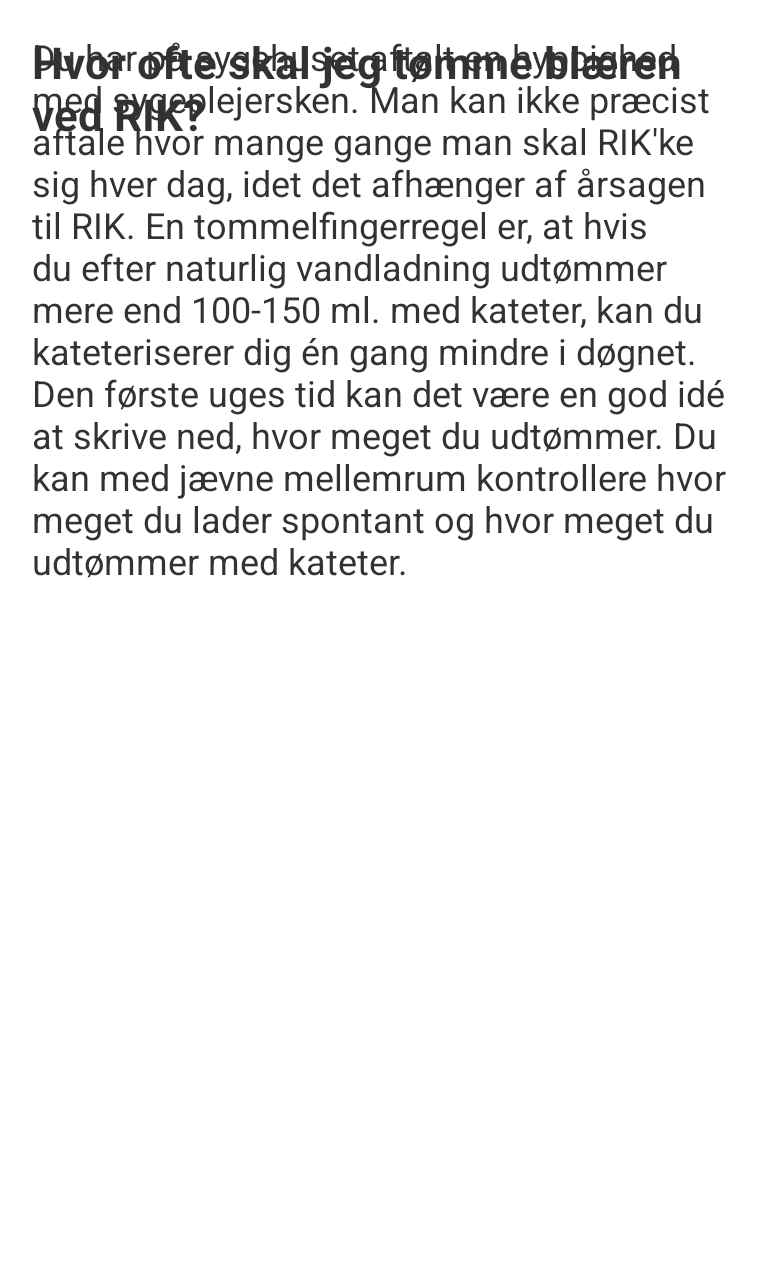
Repository: KingApollo/RIKapp2
Layout: RIKapp/res/layout/activity_how_often.xml
An editor plug-in stored every save of this project. The layout is shown before and after the next save, followed by the edit.
It is drawn on a 768 x 1280 px phone screen (xhdpi) without system bars, with theme android:Theme.Light.NoTitleBar; the app's code is not run.

Above is the layout before, as saved 2014-10-10 12:25:39.

### RIKapp/res/layout/activity_how_often.xml
<RelativeLayout xmlns:android="http://schemas.android.com/apk/res/android"
    xmlns:tools="http://schemas.android.com/tools"
    android:layout_width="match_parent"
    android:layout_height="match_parent"
    android:paddingBottom="@dimen/activity_vertical_margin"
    android:paddingLeft="@dimen/activity_horizontal_margin"
    android:paddingRight="@dimen/activity_horizontal_margin"
    android:paddingTop="@dimen/activity_vertical_margin"
    tools:context="dk.ucn.datamatiker.rikapp.HowOften" >

 <TextView
    android:id="@+id/tvHowOftenQuestion"
    android:layout_width="wrap_content"
    android:layout_height="wrap_content"
    android:text="@string/howOftenQuestion"
    android:textSize="22sp"
    android:textStyle="bold" />

  <TextView
    android:id="@+id/tvHowOftenAnswer"
    android:layout_width="wrap_content"
    android:layout_height="wrap_content"
    android:text="@string/howOftenAnswer"
    android:layout_below="tvHowOftenQuestion"
    android:textSize="18sp"
    />



</RelativeLayout>

### RIKapp/res/values/strings.xml
<?xml version="1.0" encoding="utf-8"?>
<resources>

    <string name="app_name">RIKapp</string>
    <string name="hello_world">Hello world!</string>
    <string name="action_settings">Settings</string>
    <string name="title_activity_hyg">Hyg</string>
    <string name="hygiejne_btn">Hygiejne</string>
    <string name="maaling_btn">Måling</string>
    <string name="title_activity_maalinger">Maalinger</string>
    <string name="skema_btn">Skema</string>
    <string name="title_activity_skema">Skema</string>
    <string name="title_activity_information">Information</string>
    <string name="howOftenAnswer">"Du har på sygehuset aftalt en hyppighed med sygeplejersken. Man kan ikke præcist aftale hvor mange gange man skal RIK'ke sig hver dag, idet det afhænger af årsagen til RIK. En tommelfingerregel er, at hvis du efter naturlig vandladning udtømmer mere end 100-150 ml. med kateter, kan du kateteriserer dig én gang mindre i døgnet. Den første uges tid kan det være en god idé at skrive ned, hvor meget du udtømmer. Du kan med jævne mellemrum kontrollere hvor meget du lader spontant og hvor meget du udtømmer med kateter."</string>
    <string name="howOftenQuestion">Hvor ofte skal jeg tømme blæren ved RIK?</string>
    <string name="test1">111111111111111111111111</string>
    <string name="test2">22222222222222222222222222</string>
    <string name="title_activity_how_often">HowOften</string>
    <string name="title_activity_kontakt">Kontakt</string>
    <string name="kontakt_btn">Kontakt</string>
    <string name="kontakt_text">"<b>Kontakt1</b> \n Kontaktperson: kp1 \n Tlf: 12345678 \n Email: kp1@e.dk
        \n\n<b>Kontakt2</b> \n Kontaktperson: kp2 \n Tlf: 87654321 \n Email: kp2@e.dk"</string>
    <string name="kontakt_title">"Kontakt"</string>
    <string name="mlInput_hint">Intast ml</string>
    <string name="save_btn_name">Log måling</string>
    <string name="noteInput_hint">Eventuelt note</string>
    <string name="title_activity_when_in_bladder">WhenInBladder</string>
    <string name="whenBladderQuestion">"Hvordan ved jeg om jeg er inde i blæren med kateteret?"</string>
    <string name="whenBladderAnswer">"Når urinen løber ud gennem kateret i toilettet, så er du i blæren. Vær opmærksom på, at kateteret ikke er langt oppe i blæren at hullerne på spidsen af kateteret kommer over niveau med urinen inde i blæren – så kan det nemlig ikke tømmes ud. Træk derfor kateteret langsom ud igen, og hvis der kommer mere urin, så vent til det ikke løber mere. Træk derefter resten ud i et jævnt træk.</string>
    <string name="doesItHurtQuestion">Gør det ondt at katerisere sig selv?</string>
    <string name="doesItHurtAnswer">""Nej, det gør ikke ondt, men du kan føle lidt ubehag i begyndelsen i urinrøret eller et kortvarigt jag i blæren. Hvis du oplever sådan et jag, så kan det skyldes at blærevæggen suges tæt til kateteret i blæren, når den tømmes. Det forsvinder hurtigt igen. "</string>
    <string name="whyBloodQuestion">Hvorfor kommer der somme tider lidt blod, når jeg kateriserer mig?</string>
    <string name="whyBloodAnswer">Det gør der, fordi der nemt kan komme en lille ridse i urinrørets slimhinde eller i blærens slimhinde. Det betyder ingenting, og er helt ufarligt. </string>
    <string name="whenHandWashQuestion">Hvornår skal jeg vaske hænder, når jeg skal RIK´ke?</string>
    <string name="whenHandWashAnswer">Det skal du før du påbegynder udtømningen. Det vil sige, at du finder det frem, som du skal bruge, og måske lukker du bukserne op og trækker bukserne ned. Så vasker du hænderne ifølge forskrifterne – klik her. Du skal også afslutte med at vaske hænderne, når du har tømt blæren for urin, og har trukket benklæderne op igen. Du skal tørre hænderne i et rent håndklæde/engangshåndklæde.</string>
    <string name="howHandWashQuestion">Hvordan skal jeg vaske mine hænder korrekt?</string>
    <string name="howHandWashAnswer">Du kan se videoen ved at klikke her</string>
    <string name="title_activity_does_it_hurt">DoesItHurt</string>
    <string name="title_activity_when_wash_hands">WhenWashHands</string>
    <string name="title_activity_how_wash_hands">HowWashHands</string>
    <string name="title_activity_why_blood">WhyBlood</string>

</resources>

Loaded but not shown: RIKapp/res/values/dimens.xml (common file); RIKapp/res/values-w820dp/dimens.xml (common file)

After the next save:
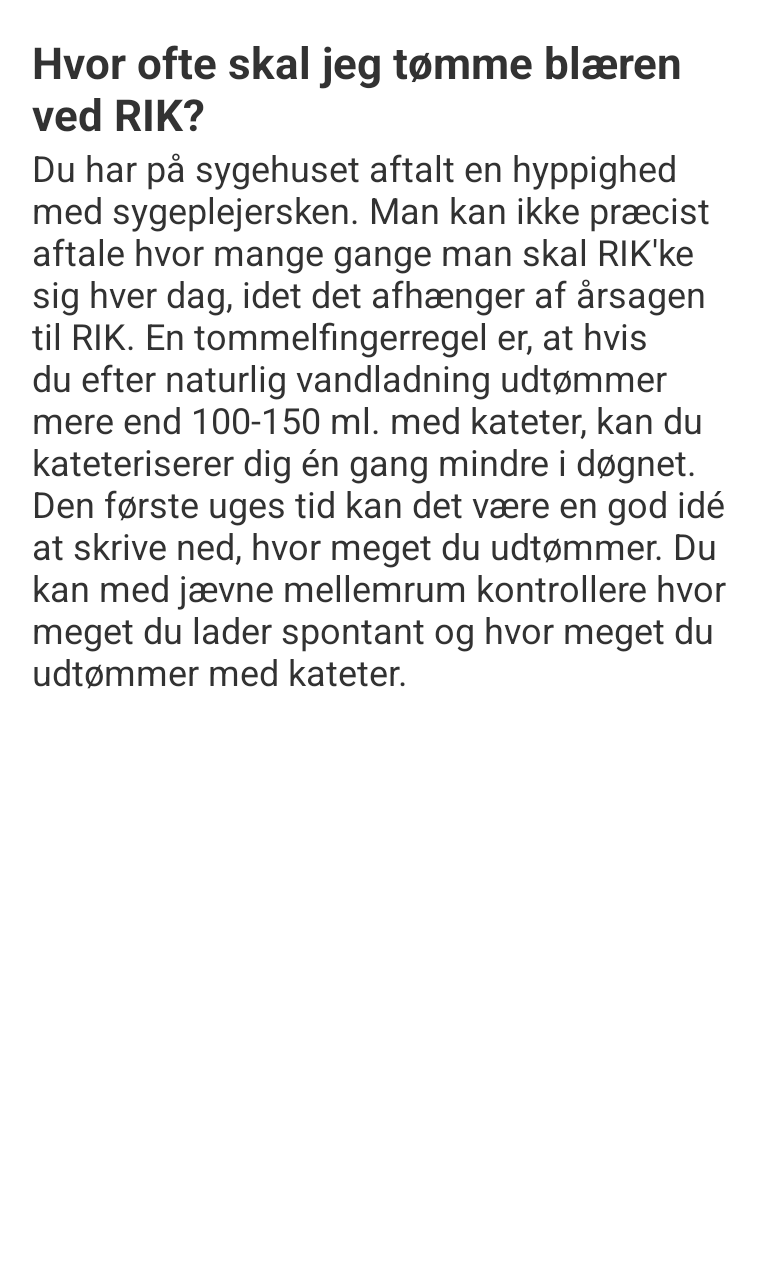
Saved 62 s later.
--- a/RIKapp/res/layout/activity_how_often.xml
+++ b/RIKapp/res/layout/activity_how_often.xml
@@ -21,7 +21,7 @@
     android:layout_width="wrap_content"
     android:layout_height="wrap_content"
     android:text="@string/howOftenAnswer"
-    android:layout_below="tvHowOftenQuestion"
+    android:layout_below="@+id/tvHowOftenQuestion"
     android:textSize="18sp"
     />
 
